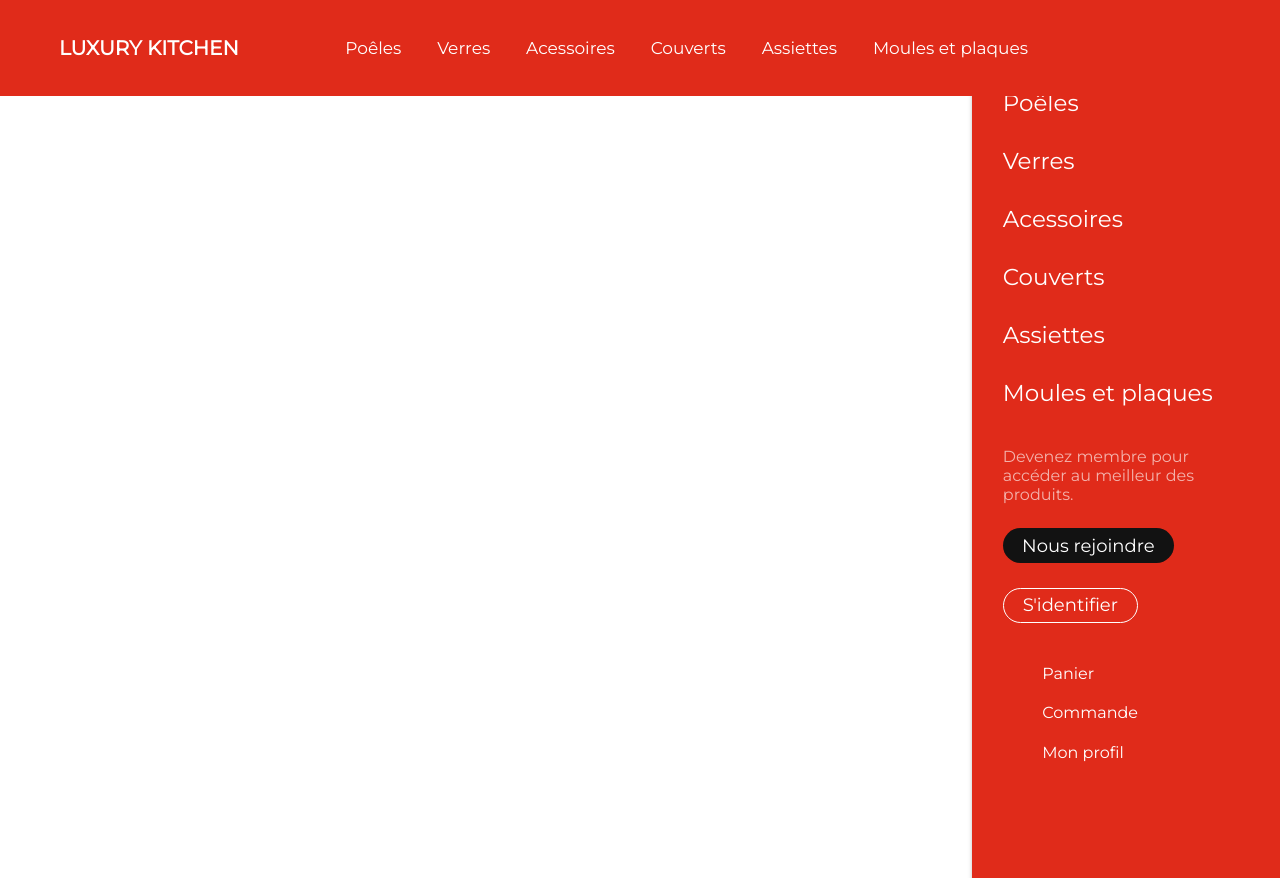
Repository: Juannpl/Luxury-Kicthen
Page: html/panier.html
The author's editor kept a copy of each file at every save. The page is drawn from the files as they stood at one save, then again after a run of saves.
The browser window is 1280 px wide. The pictures show the whole page.
Some icons come from a web library that is not loaded, so they are not drawn.

Above is the page before, as saved 2023-02-17 09:08:10.

### html/panier.html
<!DOCTYPE html>
<html lang="fr">

<head>
  <meta charset="UTF-8">
  <meta http-equiv="X-UA-Compatible" content="IE=edge">
  <meta name="viewport" content="width=device-width, initial-scale=1.0">

  <script src="https://unpkg.com/boxicons@2.1.4/dist/boxicons.js"></script>

  <link rel="stylesheet" href="css/style.css">
  <title>Acceuil - LK</title>
</head>

<body>
  <header class="header">
    <nav class="nav_container row">
      <div class="logo">
        <p>LUXURY KITCHEN</p>
      </div>
      <div class="barre_categorie">
        <ul class="row">
          <li><a href="html/poêle.html">Poêles</a></li>
          <li><a href="html/verres.html">Verres</a></li>
          <li><a href="html/acessoire.html">Acessoires</a></li>
          <li><a href="html/couvert.html">Couverts</a></li>
          <li><a href="html/assiette.html">Assiettes</a></li>
          <li><a href="html/moule.html">Moules et plaques</a></li>
        </ul>
      </div>
      <div class="nav_list">
        <ul class="row">
          <li class="items_list">
            <box-icon name='shopping-bag' color='#ffffff' size='1.7rem'></box-icon>
          </li>
          <li class="items_list">
            <box-icon name='user-circle' type='solid' color='#ffffff' size='1.7rem'></box-icon>
          </li>
          <a id="openBtn">
            <li class="items_list">
              <box-icon name='menu' color='#ffffff' size=2.2rem></box-icon>
            </li>
          </a>
        </ul>
      </div>
    </nav>
    <div id="transparent"></div>
    <section id="barre_categorie_mobile">
      <div id="closeBtn">
        <box-icon name='x' color='#ffffff' size='3rem'></box-icon>
      </div>
      <div class="nav_contents row">
        <div>
          <ul class="row">
            <li><a href="html/poêle.html">Poêles</a></li>
            <li><a href="html/verres.html">Verres</a></li>
            <li><a href="html/acessoire.html">Acessoires</a></li>
            <li><a href="html/couvert.html">Couverts</a></li>
            <li><a href="html/assiette.html">Assiettes</a></li>
            <li><a href="html/moule.html">Moules et plaques</a></li>
          </ul>
        </div>
        <div>
          <p class="opacityy">
            Devenez membre pour accéder au meilleur des produits.
          </p>
        </div>
        <div>
          <button type="button" class="btn-black">Nous rejoindre</button>
        </div>
        <div>
          <button type="button" class="btn-clear">S'identifier</button>
        </div>
        <div class="items">
          <div class="roww">
            <box-icon name='shopping-bag' color='#ffffff' size='1.7rem'></box-icon>
            <p><a href="html/panier_vide.html">Panier</a></p>
          </div>
          <div class="roww">
            <box-icon type='solid' name='package' color='#ffffff' size='1.7rem'></box-icon>
            <p><a href="#">Commande</a></p>
          </div>
          <div class="roww">
            <box-icon name='user-circle' type='solid' color='#ffffff' size='1.7rem'></box-icon>
            <p><a href="#">Mon profil</a></p>
          </div>
        </div>
        <div class="reseaux row">
          <div class="sociaux">
            <box-icon name='facebook-circle' type='logo' color='#ffffff'></box-icon>
          </div>
          <div class="sociaux">
            <box-icon name='twitter' type='logo' color='#ffffff'></box-icon>
          </div>
          <div class="sociaux">
            <box-icon name='instagram-alt' type='logo' color='#ffffff'></box-icon>
          </div>
        </div>
      </div>
    </section>
    <!-- FIN DDE LA BARRE DE NAVIGATION MOBILE-->
  </header>

### css/style.css
/*

    GENERAL

*/

@import url('https://fonts.googleapis.com/css2?family=Montserrat&family=Roboto&display=swap');

:root{
    --rougelinear: rgba(224, 43, 26, 1);
    --rougetext: #E02B1A;
    --blanc: #fff;
    --noirclair: #1E1E1E;
    --noir: #121212;
    --gris: #595959;
}

*/*,
*::after,
*::before*/{
    margin: 0;
    padding: 0;
    box-sizing: inherit;
    list-style: none;
    text-decoration: none;
    font-family: 'Montserrat', 'sans-serif';
}

html{
    width: 100%;
    overflow-x: hidden;
}

img{
    width: 100%;
}

/*

    HEADER

*/

.header{
    background-color: var(--rougelinear);
    height: 6rem;
    display: grid;
    align-items: center;
    position: relative;
}

.logo{
    color: var(--blanc);
    font-size: 0.9em;
    font-weight: 600;
    text-align: center;
    padding-left: 5%;
}

.barre_categorie{
    display: none;
}

#closeBtn{
    position: absolute;
    top: 5%;
    right: 10%;
    cursor: pointer;
}

#barre_categorie_mobile{
    color: var(--blanc);
    width: 308px;
    position: absolute;
    z-index: -1;
    top: 0;
    right: 0;
    background-color: var(--rougelinear);
    transition: left 0.5s ease;
    display: flex;
    align-items: center;
    flex-direction: column;
    box-shadow: 0px 4px 4px 0px rgba(0, 0, 0, 0.25);
}

/* Active class */
#barre_categorie_mobile.active{
    z-index: 3;
}

#transparent.active{
    z-index: 2;
}

#transparent{
    position: fixed;
    top: 0;
    right: 0;
    width: 100%;
    height: 100vh;
    z-index: -1;
    background: rgba(255, 255, 255, 0.28);
    backdrop-filter: blur(3.8px);
    -webkit-backdrop-filter: blur(3.8px);
}

.reseaux{
    justify-content: center;
}

.sociaux{
    padding: 2% ;
}

#barre_categorie_mobile ul{
    flex-direction: column;
}

#barre_categorie_mobile ul a {
    color: var(--blanc);
    font-weight: 550;
    font-size: 23px;
}

.row a{
    color: var(--blanc);
}

#barre_categorie_mobile ul li{
    margin: 15px 0px;
}

.nav_container{
    justify-content: space-between;
    /* text-align: center; */
    align-items: center;
}

.row{
    display: flex;
}

.items_list{
    padding: 0 0.5rem;
    height: auto;
    display: grid;
    align-items: center;
    cursor: pointer;
}

.nav_list{
    padding-right: 3%;
}

.nav_contents{
    width: 80%;
    flex-direction: column;
    margin-top: 20%;
}

.nav_contents div{
    margin: 5% 0;
}

.btn-black{
    width: 171px;
    height: 35px;
    background-color: var(--noir);
    color: var(--blanc);
    border: 0px;
    border-radius: 20px;
    font-family: Montserrat;
    font-size: 18px;
}

.btn-clear{
    border: 1.7px solid var(--blanc);
    color: var(--blanc);
    background-color: transparent;
    width: 133px;
    height: 33px;
    border-radius: 20px;
    font-family: Montserrat;
    font-size: 18px;
}

.roww{
    display: flex;
    align-items: center;
    margin: 5% 0;
}

.opacityy{
    opacity: 63%;
}

.items p{
    margin-left: 5%;
}

/*

    MAIN

*/

.btn-red{
    height: 23px;
    width: 135px;
    border-radius: 3px;
    border: none;
    background-color: var(--rougelinear);
    color: var(--blanc);
}

#juan{
    background-color: var(--noirclair);
    padding: 2% 2%;
}

.description h2{
    font-family: Montserrat;
    font-size: 15px;
    font-weight: 600;
    color: var(--blanc);
}

/*

    SWIPE

*/

.controlee{
    width: 285px;
}

.descr_panier_top{
    display: flex;
    align-items: center;
    flex-direction: column;
}

.descr_panier_top .text_panier p{
    font-family: Montserrat;
    font-size: 15px;
    font-weight: 500;
}

.card img {
    height: 190px;
    object-fit: cover;
    width: 100%;
    border-radius: 8px 8px 0 0;
}

/*

    SWIPE

*/

.titre{
    height: 23px;
    /* width: 356px; */
    color: var(--blanc);
    margin: 1%;
    /* padding-bottom: 3%; */
}

.titre h1{
    font-family: Montserrat;
    font-size: 19px;
    font-weight: 500;
}

.controle{
    width: 206px;
}

.containeer {
    -ms-overflow-style: none;
    scrollbar-width: none;
    width: auto;
    overflow-y: hidden;
    overflow-x: scroll;
    display: flex;
    align-items: stretch;
    scroll-snap-type: x mandatory;
}

.containeer::-webkit-scrollbar {
    display: none;
}

.containeer .card {
    background-color: #595959;
    border-radius: 8px;
    color: #fff;
    margin: 5px;
    height: 100%;
}

.containeer .card .content {
    position: absolute;
    bottom: 10px;
    padding: 20px;
    page-break-after: 20px;
    text-align: center;
}

button {
    background: #E02B1A;
    border: none;
    border-radius: 5px;
    height: 23px;
    width: 135px;
    color: white;
    font-size: 13px;
    font-weight: 500;
}

.card img {
    height: 190px;
    object-fit: cover;
    width: 100%;
    border-radius: 8px 8px 0 0;
}

.descr_panier {
    padding: 3%;
}

.text_panier p {
    font-family: 'Montserrat';
    font-style: normal;
    font-weight: 500;
    font-size: 11px;
    color: #FFFFFF;
}

.prix {
    display: flex;
    align-items: center;
}

.panier_prix {
    display: flex;
    align-items: center;
    justify-content: space-between;
    padding: 5% 0 3% 0;
}

/* desktop = 1224px, tablette = 768px */
/* BARRE DE ATEGORIE EN RESPONSIVE */

@media only screen and (min-width: 768px){
    .logo{
        font-size: 20px;
    }
}

@media only screen and (min-width: 1224px){
    .descr_panier_top .text_panier p{
        font-size: 18px;
    }

    .text_panier p{
        font-size: 13px;
    }

    .barre_categorie_mobile{
        display: none;
    }

    .barre_categorie{
        display: revert;
        width: 70%;
    }

    .barre_categorie li{
        padding: 0% 2%;
    }

    .barre_categorie a {
        color: var(--blanc);
        font-weight: 500;
        font-size: 17px;
    }

    .nav_list {
        padding-right: 0;
    }

    .logo {
        padding-left: 0;
    }

    .row {
        justify-content: center;
    }

    #openBtn{
        display: none;
    }
}


/* ---------- Footer ---------- */



footer{
    width: 100%;
    align-items: center;
    font-family: 'Montserrat', sans-serif;
}

.container-footer{
    height: 400px;
    display: flex;
    flex-direction: column;
    padding-top: 20px;
    background-color: #121212;
    color: white;
    font-size: 1.2rem;
}

.contact-infos{
    display: none;
}

.contact-infos p{
    font-size: 16px;
    color: rgb(255, 255, 255, .5);
}

.container-footer h3{
    text-align: center;
    margin: 25px 0 25px 0;
    font-size: 18px;
}

.download{
    text-align: center;
}

.picto{
    width: 30%;
}

.logos-paiement{
    width: 60%;
    height: 50px;
    display: flex;
    justify-content:space-between;
    align-items: center;
    margin: auto;
}

#visa{
    width: 70px;
    height: 95px;
}

#mastercard{
    width: 70px;
    height: 30px;
}

#paypal{
    width: 35px;
    height: 35px;
}

.social-media{
    text-align: center;
    margin-top: 5px;
}




/* ---------- Page d'inscription ---------- */




.create-account-container{
    width: 100%;
    height: 90%;
    background-color:var(--noirclair);
    text-align: center;
    color: var(--blanc);
    display: grid;
    gap: 5px;
    padding-top: 8%;
    font-family: 'Montserrat', sans-serif;
}

.create-account-container h1{
    font-size: 18px;
}

.create-account-container h3{
    font-size: 12px;
}

#identification-span{
    color: var(--rougetext);
}

.create-account-form{
    padding: 2%;
}

.create-account-form input{
    width: 80%;
    height: 60px;
    margin: 3%;
    padding-left: 3%;
    border-radius: 3px;
    background-color: var(--noirclair);
    border: var(--gris) 1px solid;
    font-size: 15px;
}

.conditions{
    display: flex;
}

.conditions p{
    padding-top: 3%;
    font-size: 13px;
    text-align: left;
}

#conditions{
    width: 16px;
    height: 16px;
}

.create-account-form button{
    width: 120px;
    height: 35px;
    margin: 4% 0 4% 0;
    background-color: var(--rougetext);
    color: var(--blanc);
    border-radius: 5px;
    font-family: 'Montserrat', sans-serif;
    font-size: 15px;
    font-weight: 600;
    border: none;
    cursor: pointer;
}



/* ---------- Page d'identification ---------- */



.container-identification{
    width: 100%;
    background-color: var(--noirclair);
    color: var(--blanc);
    text-align: center;
    font-family: 'Montserrat', sans-serif;
    display: grid;
    gap: 20px;
    padding: 120px 0 70px;
}

.container-identification h1{
    font-size: 18px;
}

.container-identification input{
    width: 70%;
    height: 60px;
    background-color: var(--noirclair);
    border: var(--gris) 1px solid;
    border-radius: 3px;
    padding-left: 2%;
}

.container-identification h3{
    font-size: 12px;
    padding: 10px;
}

.social-identification img{
    width: 24px;
    height: 24px;
    margin-right: 2%;
}

.social-identification{
    width: 100%;
    display: grid;
    justify-content: center;
    gap: 20px;
}

.social-identification button{
    width: 266px;
    height: 35px;
    border-radius: 20px;
    color: var(--blanc);
    font-size: 11px;
    font-weight: 600;
    display: flex;
    align-items: center;
    justify-content: center;
}

#fb-button{
    width: 100%;
    background-color: #039be5;
    border: none;
    cursor: pointer;
}

#apple-button{
    background-color: var(--noir);
    border: none;
    cursor: pointer;;
}

#google-button{
    background-color: var(--noirclair);
    border: var(--blanc) 1px solid;
    cursor: pointer;
}

.form-identification{
    display: grid;
    gap: 20px;
}

#connexion-button{
    width: 140px;
    height: 40px;
    background-color: var(--rougetext);
    color: var(--blanc);
    font-size: 15px;
    font-weight: 600;
    border-radius: 5px;
    border: none;
    margin: 10% 0 7% 0;
    text-align: center;
    cursor: pointer;
}



/* ---------- Page d'adresse livraison ---------- */



.adress-container{
    width: 100%;
    height: 90%;
    background-color:var(--noirclair);
    color: var(--blanc);
    font-family: 'Montserrat', sans-serif;
    padding-top: 3%;
}

.adress-container form{
    display: flex;
    flex-direction: column;
    align-items: center;
    padding-top: 2%;
}

.adress-container select{
    width: 80%;
    height: 45px;
    margin-top: 5%;
}

.adress-container label{
    width: 81%;
}

.adress-container input{
    width: 80%;
    height: 45px;
    margin-bottom: 3%;
    background-color: var(--noirclair);
    border: var(--gris) 1px solid;
    font-size: 16px;
    border-radius: 3px;
    padding-left: 10px;
    margin-top: 1%;
}

.adress-container select{
    margin-bottom: 3%;
    background-color: var(--noirclair);
    color: var(--gris);
    font-size: 16px;
    border-radius: 3px;
    padding-left: 10px;
}

.adress-form h1{
    font-size: 18px;
    padding-top: 5%;
    text-align: center;
}

#adress-label{
    font-size: 16px;
}

.adress-form button{
    width: 205px;
    height: 44px;
    background-color: var(--rougetext);
    color: var(--blanc);
    border-radius: 5px;
    border: none;
    font-size: 14px;
    font-weight: 600;
    text-align: center;
}

.adress-form .conditions input{
    margin-top: 3%;
    margin-right: 3%;
    margin-left: 9%;
}

.conditions{
    width: 100%;
}

.submit{
    display: flex;
    margin: 5% 0 10% 0;
    text-align: center;
}



/* ---------- Page de paiement ---------- */



.paiement-container{
    width: 100%;
    background-color: var(--noirclair);
    color: var(--blanc);
    display: flex;
    flex-direction: column;
    align-items: center;
    font-family: 'Montserrat', sans-serif;
}

.paiement-container h1{
    text-align: center;
    font-size: 18px;
    margin: 10% 0 15% 0;
}

.paiement-form-container{
    width: 80%;
    display: flex;
    flex-direction: column;
    align-items: center;
}

.paiement-form-container form{
    width: 100%;
}

.account-name{
    width: 90%;
    display: flex;
    flex-direction: column;
    margin-bottom: 10%;
}

.account-name input{
    width: 100%;
    height: 45px;
    background-color: var(--noirclair);
    border: var(--gris) 1px solid;
    font-size: 16px;
    border-radius: 3px;
    padding-left: 10px;
}

.account-name label{
    margin-bottom: 3%;
}

.paiement-form-container .expiration-date{
    width: 94%;
    display: flex;
    justify-content: space-between;

}
.paiement-form-container .expiration-date input{
    width: 40%;
    height: 45px;
    background-color: var(--noirclair);
    border: var(--gris) 1px solid;
    font-size: 16px;
    border-radius: 3px;
    padding-left: 10px;
    color: var(--gris);
    margin: 3% 0 10% 0;
}

#ccv{
    width: 93%;
    height: 45px;
    background-color: var(--noirclair);
    border: var(--gris) 1px solid;
    font-size: 16px;
    border-radius: 3px;
    padding-left: 10px;
    color: var(--gris);
    margin-bottom: 10%;
}

.paiement-form-container p{
    font-size: 15px;
    margin-bottom: 3%;
}

#yes{
    margin-right: 5%;
}

.paiement-form-container .submit{
    display: flex;
    justify-content: center;
}

.paiement-form-container .submit button{
    width: 205px;
    height: 44px;
    background-color: var(--rougetext);
    color: var(--blanc);
    border-radius: 5px;
    border: none;
    font-size: 14px;
    font-weight: 600;
    margin: 10% 0 10% 0;
}



/* ------------------------- Tablet ------------------------- */



@media only screen and (min-device-width : 768px){

    /* ---------- Footer ---------- */

    .container-footer{
        height: 430px;
    }

    .container-footer-tablet{
        display: flex;
        justify-content: space-around;
    }

    .contact-infos{
        width: 40%;
        display: flex;
        flex-direction: column;
        text-align:left;
    }

    .download{
        width: 40%;
    }

    .picto{
        width: 45%
    }

    .logos-paiement{
        width: 40%;
    }



    /* ---------- Page d'inscription ---------- */



    .create-account-container h1{
        font-size: 24px;
    }

    .create-account-container h3{
        font-size: 17px;
        padding-top: 1.5%;
    }

    .create-account-form input{
        width: 450px;
        height: 70px;
        font-size: 18px;
        padding-left: 2%;
        margin: 2% 0 .5% 0;
    }

    .conditions{
        width: 63%;
        margin-left: 20%;
    }



    /* ---------- Page d'identification ---------- */



    .container-identification{
        padding: 5% 0 0 0;
    }

    .container-identification h1{
        font-size: 24px;
        margin-bottom: 3%;
    }

    .social-identification button{
        width: 492px;
        height: 45px;
        border-radius: 20px;
        font-size: 15px;
    }

    .container-identification h3{
        font-size: 18px;
    }

    .form-identification{
        margin-top: 3%;
    }

    .form-identification input{
        width: 520px;
        height: 60px;
        font-size: 20px;
        margin-bottom: 1%;
    }

    .form-identification button{
        width: 246px;
        height: 60px;
        margin-top: 1%;
        font-size: 24px;
        font-weight: 500;
    }


    /* ---------- Page d'adresse livraison ---------- */


    .adress-container h1{
        font-size: 24px;
    }

    .adress-container select{
        width: 60%;
    }

    .adress-container input{
        width: 60%;
    }

    .adress-container label{
        width: 61%;
        font-size: 20px;
    }

    .adress-form .conditions input{
        margin-left: 0%;
    }

    .conditions{
        width: 80%;
        font-size: 16px;
    }
}





/* -------------------- Desktop -------------------- */


@media only screen and (min-device-width : 1224px){

/* ---------- Footer ---------- */

    .logos-paiement{
        width: 20%;
    }

    .paiement h3{
        padding-top: 1%
    }



    /* ---------- Page d'inscription ---------- */


    .create-account-container h1{
        font-size: 24px;
    }

    .create-account-container h3{
        font-size: 18px;
        padding-top: 1.5%;
    }

    .create-account-form input{
        width: 40%;
        height: 80px;
        font-size: 20px;
        padding-left: 2%;
        margin: 2% 0 .5% 0;
    }

    .conditions{
        width: 43%;
        margin-left: 29%;
    }

    .conditions p{
        padding-top: 3%;
        font-size: 16px;
        text-align: center;
    }

    .create-account-form button{
        width: 220px;
        height: 50px;
        font-size: 20px;
    }

    #conditions{
        width: 25px;
        height: 30px;
    }




    /* ---------- Page d'identification ---------- */


    .container-identification{
        padding-top: 3%;
    }

    .container-identification h1{
        margin-bottom: 1%;
    }

    .social-identification button{
        border-radius: 20px;
        height: 45px;
    }

    .form-identification{
        margin-top: 1%;
    }

    .form-identification input{
        margin-bottom: 0;
        height: 60px;
    }

    #connexion-button{
        margin: 4% 0 4% 0;
    }


    /* ---------- Page d'adresse livraison ---------- */

    .conditions{
        width: 80%;
        font-size: 16px;
    }

    .adress-form .conditions input{
        margin-left: -6%;
    }


}

### script.js
var navMobile = document.getElementById("barre_categorie_mobile");
var transparent = document.getElementById("transparent");
var openBtn = document.getElementById("openBtn");
var closeBtn = document.getElementById("closeBtn");

openBtn.onclick = openNav;
closeBtn.onclick = closeNav;

/* Set the width of the side navigation to 250px */
function openNav() {
  navMobile.classList.add("active");
  transparent.classList.add("active");
}

/* Set the width of the side navigation to 0 */
function closeNav() {
  navMobile.classList.remove("active");
  transparent.classList.remove("active");
}

After the next 2 saves:
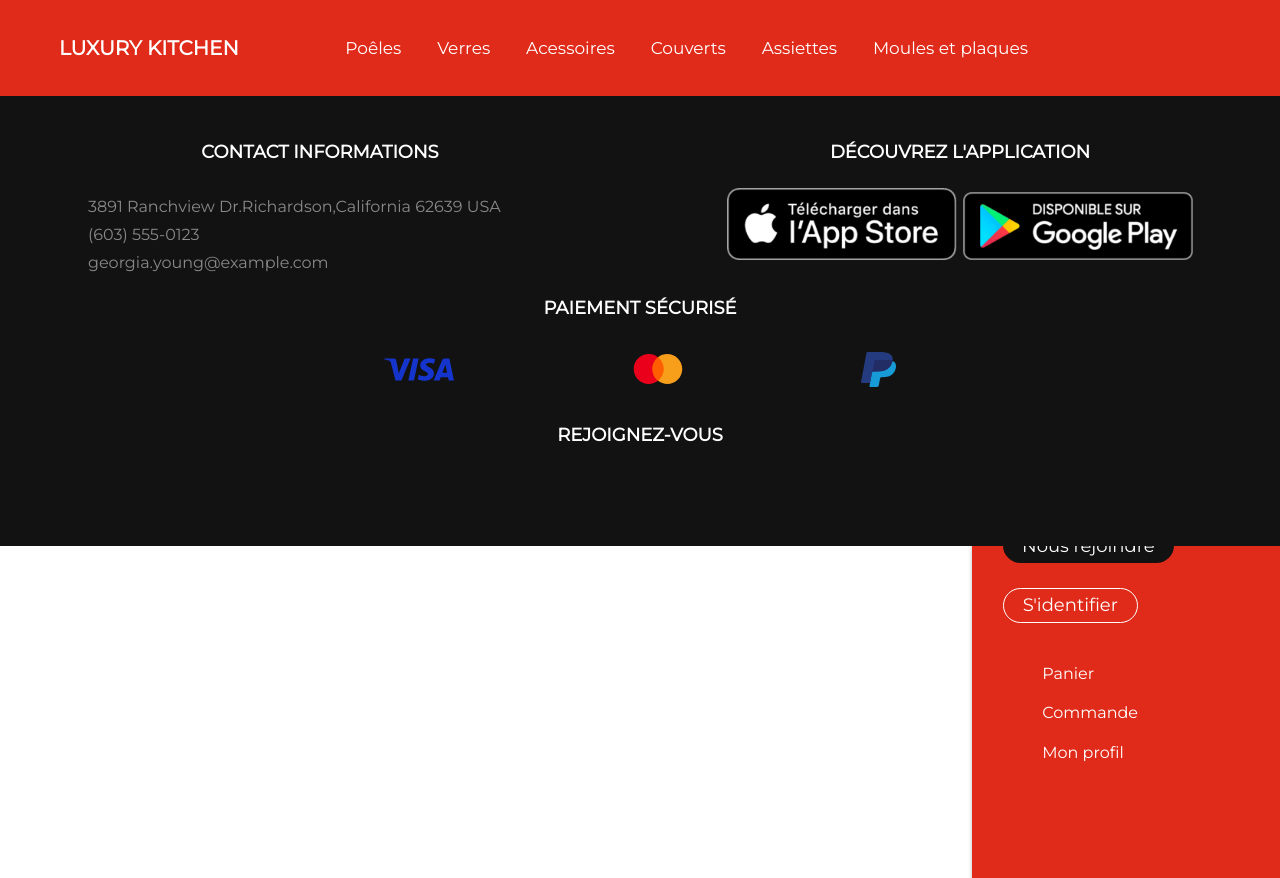
The 2 saves are shown as one change because they came seconds apart.
The last was saved 88 s later.
--- a/html/panier.html
+++ b/html/panier.html
@@ -100,3 +100,42 @@
     </section>
     <!-- FIN DDE LA BARRE DE NAVIGATION MOBILE-->
   </header>
+
+  <footer>
+    <div class="container-footer">
+      <div class="container-footer-tablet">
+        <div class="contact-infos">
+          <h3>CONTACT INFORMATIONS</h3>
+          <p><box-icon name='been-here' type='solid' color='#ffffff'></box-icon>3891 Ranchview
+            Dr.Richardson,California 62639 USA</p>
+          <p><box-icon type='solid' name='phone' color='#ffffff'></box-icon>(603) 555-0123</p>
+          <p><box-icon type='solid' name='envelope' color='#ffffff'></box-icon>georgia.young@example.com</p>
+        </div>
+        <div class="download">
+          <h3>DÉCOUVREZ L'APPLICATION</h3>
+          <a href=""><img src="../img/footer/App-Store-picto-300x94.png" class="picto" id="apple"
+              alt="Le pictogramme de l'apple store"></a>
+          <a href=""><img src="../img/footer/Google-Play-picto-300x89.png" class="picto"
+              alt="Le pictogramme de google play"></a>
+        </div>
+      </div>
+      <div class="paiement">
+        <h3>PAIEMENT SÉCURISÉ</h3>
+        <div class="logos-paiement">
+          <img src="../img/footer/Visa_2021.svg" class="logos" id="visa" alt="Le logo de visa">
+          <img src="../img/footer/Mastercard_2019_logo.svg" class="logos" id="mastercard" alt="Le logo de mastercard">
+          <img src="../img/footer/PayPal_Logo_Icon_2014.svg" class="logos" id="paypal" alt="Le logo de paypal ">
+        </div>
+      </div>
+      <div class="social-media">
+        <h3>REJOIGNEZ-VOUS</h3>
+        <box-icon name='facebook-circle' type='logo' color='#ff0800'></box-icon>
+        <box-icon name='twitter' type='logo' color='#ff0800'></box-icon>
+        <box-icon name='instagram-alt' type='logo' color='#ff0800'></box-icon>
+      </div>
+    </div>
+  </footer>
+  <script src="script.js"></script>
+</body>
+
+</html>
